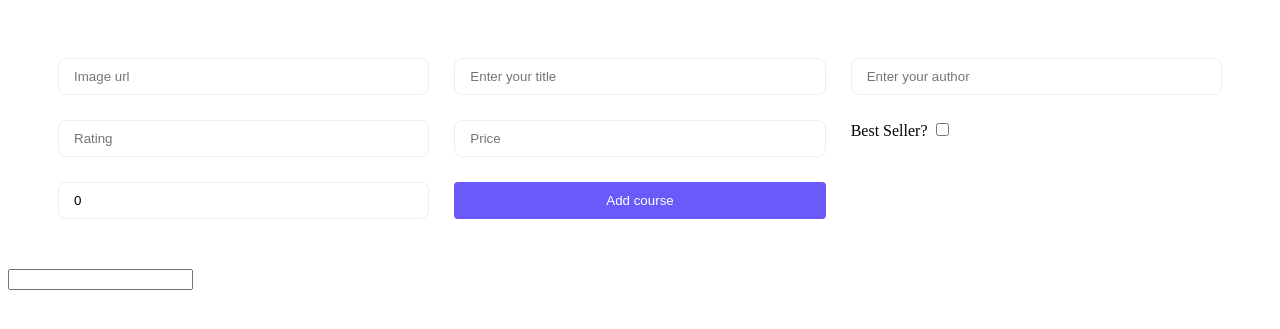
Repository: thuan711/All-about-JS
Page: api/api.html
These files come from the project's save history. The page is drawn as it stood at one moment and after the next save; the edit follows.
The browser window is 1280 px wide. The pictures show the whole page.
The page's requests for data from a server got no answer.

Above is the page before, as saved 2023-01-23 09:54:33.

### api/api.html
<!DOCTYPE html>
<html lang="en">
<head>
    <meta charset="UTF-8">
    <meta http-equiv="X-UA-Compatible" content="IE=edge">
    <meta name="viewport" content="width=device-width, initial-scale=1.0">
    <title>Document</title>
    <!-- <style>
        .joke {
            display: flex;
            flex-direction: column;
            justify-content: center;
            align-items: center;
            padding: 100px 50px;
            border-radius: 8px;
            border: 1px solid #eee;
          }
          .joke-heading {
            font-size: 30px;
            font-weight: 500;
            line-height: 1.5;
            margin-bottom: 30px;
            text-align: center;
          }
          .joke-button {
            border: 0;
            outline: none;
            display: block;
            cursor: pointer;
            padding: 0 30px;
            border-radius: 8px;
            color: white;
            background-color: #20e3b2;
            position: relative;
            height: 55px;
            width: 100%;
            max-width: 200px;
          }
          .loader {
            width: 20px;
            height: 20px;
            border: 3px solid white;
            border-left: 3px solid transparent;
            border-radius: 50%;
            position: absolute;
            top: 50%;
            left: 50%;
            transform: translate(-50%, -50%);
            animation: spin 1s infinite linear forwards;
            display: none;
          }
          @keyframes spin {
            to {
              transform: translate(-50%, -50%) rotate(360deg);
            }
          }
          .joke.is-loading .joke-button {
            opacity: 0.5;
            pointer-events: none;
          }
          .joke.is-loading .joke-button .loader {
            display: block;
          }
          .joke.is-loading .joke-button span {
            display: none;
          }
    </style> -->
    <style>
        .images {
            padding: 50px;
            display: grid;
            grid-template-columns: repeat(4, 1fr);
            grid-gap: 25px;
          }
          .image-item {
            height: 220px;
            padding: 10px;
            border-radius: 10px;
            background-color: white;
            border: 1px solid #eee;
          }
          .image-item img {
            width: 100%;
            height: 100%;
            object-fit: cover;
          }
          .load-more {
            display: block;
            width: max-content;
            padding: 15px 30px;
            border-radius: 4px;
            color: white;
            background-color: #6a5af9;
            border: 0;
            margin: 25px auto;
          }
          .image-loader {
            position: fixed;
            top: 50%;
            left: 50%;
            transform: translate(-50%, -50%);
            animation: spin 1s infinite linear forwards;
            width: 50px;
            height: 50px;
            border: 5px solid #6a5af9;
            border-right: 5px solid transparent;
            border-radius: 50%;
          }
          @keyframes spin {
            to {
              transform: translate(-50%, -50%) rotate(360deg);
            }
          }
          /*json placeholder*/
          .form-post {
            display: grid;
            grid-template-columns: 1fr 1fr 1fr;
            gap: 25px;
            padding: 50px;
          }
          .form-post input {
            padding: 10px 15px;
            border: 1px solid #eee;
            border-radius: 8px;
          }
          .form-post button {
            background-color: #6a5af9;
            color: white;
            border: 0;
            outline: none;
            padding: 10px 15px;
            border-radius: 4px;
          }
          .course-list {
            display: grid;
            grid-template-columns: repeat(4, 1fr);
            grid-gap: 25px;
            padding: 25px;
          }
          .course-image {
            height: 300px;
            position: relative;
          }
          .course-remove {
            display: inline-block;
            padding: 10px;
            cursor: pointer;
            background-color: #ff6651;
            color: white;
            border: none;
            outline: none;
            position: absolute;
            right: 10px;
            top: 10px;
          }
          .course-remove i {
            pointer-events: none;
          }
          .course-image img {
            border-radius: 8px;
            width: 100%;
            height: 100%;
            object-fit: cover;
          }
          .course-title {
            margin-top: 10px;
            margin-bottom: 10px;
            line-height: 1.25;
            font-weight: 500;
          }
          .course-author {
            font-size: 13px;
            color: #999;
            font-weight: 300;
            margin-bottom: 15px;
          }
          .course-best-seller {
            display: inline-block;
            padding: 10px 15px;
            color: #ff6651;
            background-color: #ff655113;
          }
          .course-meta {
            display: flex;
            align-items: center;
            margin-bottom: 15px;
            gap: 0 10px;
          }
          .course-enroll {
            font-size: 13px;
            color: #999;
            font-weight: 300;
          }
    </style>

</head>
<body>
    <!-- <div class="joke">
        <h1 class="joke-heading"></h1>
        <button class="joke-button">
            <div class="loader"></div>
            <span>Get random joke</span>
          </button>

    </div> -->
    <!-- <div class="username"></div> -->

    <!-- <div class="images">
        <div class="image-loader"></div>
        <img src="https://source.unsplash.com/random" alt="">
    </div>
    <button class="load-more">Load more</button> -->
    <!-- <form class="form-post">
        <input type="text" name="title" placeholder="Enter your title">
        <input type="text" name="author" placeholder="Enter your author"/>
        <button type="submit">Add post</button>
    </form>
    <script src="./placeholder.js"></script> -->
    <!-- <form class="form-post">
        <input type="text" name="image" placeholder="Image URL">
        <input type="text" name="title" placeholder="Enter your title">
        <input type="text" name="author" placeholder="Enter your author">
        <input type="number" name="rating" placeholder="Rating" min="1" max="5">
        <input type="number" name="price" placeholder="Price">
        <label for="best-seller">Best Seller?</label>
        <input type="checkbox" name="bestSeller">
        <input type="number" name="buyAmount" placeholder="Buy Amount">
        <button type="submit">Add post</button>
    </form>
    <div class="course-list">

    </div> -->
    <form class="form-post" >
        <input type="text" name="image" placeholder="Image url" required />
        <input type="text" name="title" placeholder="Enter your title" required />
        <input
          type="text"
          name="author"
          placeholder="Enter your author"
          required
        />
        <input
          type="text"
          name="rating"
          placeholder="Rating"
          min="1"
          max="5"
          required
        />
        <input type="text" name="price" placeholder="Price" min="1" required />
        <div>
          <label for="best-seller">Best Seller?</label>
          <input type="checkbox" name="bestSeller" id="best-seller" />
        </div>
        <input type="text" name="buyAmount" placeholder="Buy amount" value="0" />
        <button type="submit" class="form-submit">Add course</button>
      </form>
      <input type="text" class="filter" name="filter" />
      <div class="course-list">
        <!-- <div class="course-item">
          <div class="course-image">
            <img src="https://source.unsplash.com/random" alt="" />
          </div>
          <div class="course-content">
            <h3 class="course-title">
              Lorem ipsum dolor sit amet consectetur adipisicing elit.
            </h3>
            <div class="course-author">Evondev</div>
            <div class="course-meta">
              <div class="course-rating">5</div>
              <div class="course-enroll">1000</div>
            </div>
            <div class="course-best-seller">Best seller</div>
          </div>
        </div>
        <div class="course-item">
          <div class="course-image">
            <img src="https://source.unsplash.com/random" alt="" />
          </div>
          <div class="course-content">
            <h3 class="course-title">
              Lorem ipsum dolor sit amet consectetur adipisicing elit.
            </h3>
            <div class="course-author">Evondev</div>
            <div class="course-meta">
              <div class="course-rating">5</div>
              <div class="course-enroll">1000</div>
            </div>
            <div class="course-best-seller">Best seller</div>
          </div>
        </div>
        <div class="course-item">
          <div class="course-image">
            <img src="https://source.unsplash.com/random" alt="" />
          </div>
          <div class="course-content">
            <h3 class="course-title">
              Lorem ipsum dolor sit amet consectetur adipisicing elit.
            </h3>
            <div class="course-author">Evondev</div>
            <div class="course-meta">
              <div class="course-rating">5</div>
              <div class="course-enroll">1000</div>
            </div>
            <div class="course-best-seller">Best seller</div>
          </div>
        </div>
        <div class="course-item">
          <div class="course-image">
            <img src="https://source.unsplash.com/random" alt="" />
          </div>
          <div class="course-content">
            <h3 class="course-title">
              Lorem ipsum dolor sit amet consectetur adipisicing elit.
            </h3>
            <div class="course-author">Evondev</div>
            <div class="course-meta">
              <div class="course-rating">5</div>
              <div class="course-enroll">1000</div>
            </div>
            <div class="course-best-seller">Best seller</div>
          </div>
        </div> -->
      </div>
    <script src="./placeholder.js"></script>
</body>
</html>

### api/placeholder.js
// // async function addPost(title, author){
// //     const response = await fetch('http://localhost:3000/posts', {
// //     method: "POST",
// //     body: JSON.stringify({

// //         title,
// //         author,

// //     }),
// //     headers: {
// //         'Content-type': 'application/json; charset=UTF-8',
// //     },
// //     })
// //     .then((response) => response.json())
// //     .then((json) => console.log(json));
// //     console.log(response);
// //     return response;
// // }
// // const formPost = document.querySelector(".form-post");
// // formPost.addEventListener("submit", function(e){
// //     e.preventDefault();
// //     const title = this.elements["title"].value;
// //     const author = this.elements["author"].value;
// //     addPost(title, author);
// // })
// // const course = {
// //     image: "",
// //     title: "",
// //     author: "",
// //     rating: "",
// //     price: "",
// //     bestSeller: "",
// //     buyAmount: "",
// // }
// const endPoint = "http://localhost:3000/posts";
// const courseList = document.querySelector(".course-list");
// const formSubmit = document.querySelector(".form-submit");
// const filterInput = document.querySelector(".filter");
// async function addNewCourse({
//     image,
//     title,
//     author,
//     rating,
//     price,
//     bestSeller,
//     buyAmount,
// }) {
//     await fetch(endPoint, {
//         method: "POST",
//         body: JSON.stringify({
//             image,
//             title,
//             author,
//             rating,
//             price,
//             bestSeller,
//             buyAmount,
//         }),
//         headers: {
//             'Content-type': 'application/json; charset=UTF-8',
//         },
//     })
// }
// function renderItem(item) {
//     const template = `<div class="course-item">
//     <div class="course-image">
//       <img src="${item.image}" alt="" />
//       <button class="course-edit" data-id="${
//         item.id
//       }"><i class="fa fa-pencil" style="pointer-events: none;"></i></button>
//       <button class="course-remove" data-id="${
//         item.id
//       }"><i class="fa fa-times"></i></button>
//     </div>
//     <div class="course-content">
//       <h3 class="course-title">
//         ${item.title}
//       </h3>
//       <div class="course-author">${item.author}</div>
//       <div class="course-meta">
//         <div class="course-rating">${item.rating}</div>
//         <div class="course-enroll">${item.buyAmount}</div>
//       </div>
//       ${
//         item.bestSeller ? '<div class="course-best-seller">Best seller</div>' : ""
//       }
//     </div>`;
//     courseList.insertAdjacentHTML("beforeend", template);
// }

// async function getCourses(){
//     const response = await fetch(endPoint);
//     const data = await response.json();
//     if(data.length>0 && Array.isArray(data)){
//         data.forEach((item) =>  renderItem(item));

//     }
// }
// const formPost = document.querySelector(".form-post");
// formPost.addEventListener("submit",async function(e){
//     e.preventDefault();
//     const course = {
//         title: this.elements["title"].value,
//         author: this.elements["author"].value,
//         rating: this.elements["rating"].value,
//         price: this.elements["price"].value,
//         bestSeller: this.elements["bestSeller"].checked,
//         image: this.elements["image"].value,
//         buyAmount: this.elements["buyAmount"].value,
//     }
//     await addNewCourse(course);
//     this.reset;
// });

// const {image, title, author, rating...addPost.} = course;
const endpoint = "http://localhost:3456/courses";
const courseList = document.querySelector(".course-list");
const formPost = document.querySelector(".form-post");
const formSubmit = document.querySelector(".form-submit");
const filterInput = document.querySelector(".filter");
let updateId = null;
// git clone
function debounceFn(func, wait, immediate) {
  let timeout;
  return function () {
    let context = this,
      args = arguments;
    let later = function () {
      timeout = null;
      if (!immediate) func.apply(context, args);
    };
    let callNow = immediate && !timeout;
    clearTimeout(timeout);
    timeout = setTimeout(later, wait);
    if (callNow) func.apply(context, args);
  };
}

filterInput.addEventListener(
  "keydown",
  debounceFn(function (e) {
    let path = endpoint;
    if (e.target.value !== "") {
      path = `${endpoint}?title_like=${e.target.value}`;
    }
    getCourses(path);
  }, 500)
);

async function addNewCourse({
  image,
  title,
  author,
  rating,
  price,
  bestSeller,
  buyAmount,
}) {
  await fetch(endpoint, {
    method: "POST",
    body: JSON.stringify({
      image,
      title,
      author,
      rating,
      price,
      bestSeller,
      buyAmount,
    }),
    headers: {
      "Content-type": "application/json; charset=UTF-8",
    },
  });
}
async function updateCourse({
  id,
  image,
  title,
  author,
  rating,
  price,
  bestSeller,
  buyAmount,
}) {
  await fetch(`${endpoint}/${id}`, {
    method: "PUT",
    body: JSON.stringify({
      image,
      title,
      author,
      rating,
      price,
      bestSeller,
      buyAmount,
    }),
    headers: {
      "Content-type": "application/json; charset=UTF-8",
    },
  });
}

async function deleteCourse(id) {
  await fetch(`${endpoint}/${id}`, {
    method: "DELETE",
  });
}
async function getSingleCourse(id) {
  const response = await fetch(`${endpoint}/${id}`);
  const data = await response.json();
  return data;
}

function renderItem(item) {
  const template = `<div class="course-item">
  <div class="course-image">
    <img src="${item.image}" alt="" />
    <button class="course-edit" data-id="${
      item.id
    }"><i class="fa fa-pencil" style="pointer-events: none;"></i></button>
    <button class="course-remove" data-id="${
      item.id
    }"><i class="fa fa-times"></i></button>
  </div>
  <div class="course-content">
    <h3 class="course-title">
      ${item.title}
    </h3>
    <div class="course-author">${item.author}</div>
    <div class="course-meta">
      <div class="course-rating">${item.rating}</div>
      <div class="course-enroll">${item.buyAmount}</div>
    </div>
    ${
      item.bestSeller ? '<div class="course-best-seller">Best seller</div>' : ""
    }
  </div>`;
  courseList.insertAdjacentHTML("beforeend", template);
}

async function getCourses(link = endpoint) {
  const response = await fetch(link);
  const data = await response.json();
  courseList.innerHTML = "";
  if (data.length > 0 && Array.isArray(data)) {
    data.forEach((item) => renderItem(item));
  }
}

formPost.addEventListener("submit", async function (e) {
  e.preventDefault();
  const course = {
    title: this.elements["title"].value,
    author: this.elements["author"].value,
    rating: +this.elements["rating"].value,
    price: +this.elements["price"].value,
    image: this.elements["image"].value,
    bestSeller: this.elements["bestSeller"].checked,
    buyAmount: +this.elements["buyAmount"].value,
  };
  console.log(updateId);
  updateId
    ? await updateCourse({ id: updateId, ...course })
    : await addNewCourse(course);
  this.reset();
  await getCourses();
  updateId = null;
  formSubmit.textContent = "Add course";
});

courseList.addEventListener("click", async function (e) {
  if (e.target.matches(".course-remove")) {
    const id = +e.target.dataset.id;
    await deleteCourse(id);
    await getCourses();
  } else if (e.target.matches(".course-edit")) {
    const id = +e.target.dataset.id;
    const data = await getSingleCourse(id);
    formPost.elements["image"].value = data.image;
    formPost.elements["title"].value = data.title;
    formPost.elements["author"].value = data.author;
    formPost.elements["rating"].value = data.rating;
    formPost.elements["price"].value = data.price;
    formPost.elements["bestSeller"].checked = data.bestSeller;
    formPost.elements["buyAmount"].value = data.buyAmount;
    formSubmit.textContent = "Update course";
    updateId = id;
  }
});

getCourses();
// json-server --watch db.json
/**
 * Course
 * image
 * title
 * author
 * rating
 * price
 * bestSeller
 * buyAmount
 */

After the next save:
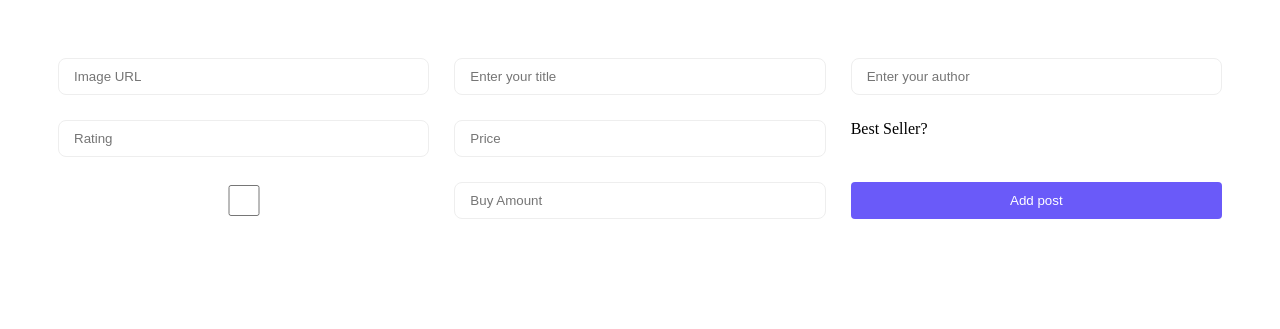
Console error: TypeError: Cannot read properties of null (reading 'addEventListener')
Saved 2 min 30 s later.
--- a/api/api.html
+++ b/api/api.html
@@ -216,7 +216,7 @@
         <button type="submit">Add post</button>
     </form>
     <script src="./placeholder.js"></script> -->
-    <!-- <form class="form-post">
+    <form class="form-post">
         <input type="text" name="image" placeholder="Image URL">
         <input type="text" name="title" placeholder="Enter your title">
         <input type="text" name="author" placeholder="Enter your author">
@@ -229,99 +229,7 @@
     </form>
     <div class="course-list">
 
-    </div> -->
-    <form class="form-post" >
-        <input type="text" name="image" placeholder="Image url" required />
-        <input type="text" name="title" placeholder="Enter your title" required />
-        <input
-          type="text"
-          name="author"
-          placeholder="Enter your author"
-          required
-        />
-        <input
-          type="text"
-          name="rating"
-          placeholder="Rating"
-          min="1"
-          max="5"
-          required
-        />
-        <input type="text" name="price" placeholder="Price" min="1" required />
-        <div>
-          <label for="best-seller">Best Seller?</label>
-          <input type="checkbox" name="bestSeller" id="best-seller" />
-        </div>
-        <input type="text" name="buyAmount" placeholder="Buy amount" value="0" />
-        <button type="submit" class="form-submit">Add course</button>
-      </form>
-      <input type="text" class="filter" name="filter" />
-      <div class="course-list">
-        <!-- <div class="course-item">
-          <div class="course-image">
-            <img src="https://source.unsplash.com/random" alt="" />
-          </div>
-          <div class="course-content">
-            <h3 class="course-title">
-              Lorem ipsum dolor sit amet consectetur adipisicing elit.
-            </h3>
-            <div class="course-author">Evondev</div>
-            <div class="course-meta">
-              <div class="course-rating">5</div>
-              <div class="course-enroll">1000</div>
-            </div>
-            <div class="course-best-seller">Best seller</div>
-          </div>
-        </div>
-        <div class="course-item">
-          <div class="course-image">
-            <img src="https://source.unsplash.com/random" alt="" />
-          </div>
-          <div class="course-content">
-            <h3 class="course-title">
-              Lorem ipsum dolor sit amet consectetur adipisicing elit.
-            </h3>
-            <div class="course-author">Evondev</div>
-            <div class="course-meta">
-              <div class="course-rating">5</div>
-              <div class="course-enroll">1000</div>
-            </div>
-            <div class="course-best-seller">Best seller</div>
-          </div>
-        </div>
-        <div class="course-item">
-          <div class="course-image">
-            <img src="https://source.unsplash.com/random" alt="" />
-          </div>
-          <div class="course-content">
-            <h3 class="course-title">
-              Lorem ipsum dolor sit amet consectetur adipisicing elit.
-            </h3>
-            <div class="course-author">Evondev</div>
-            <div class="course-meta">
-              <div class="course-rating">5</div>
-              <div class="course-enroll">1000</div>
-            </div>
-            <div class="course-best-seller">Best seller</div>
-          </div>
-        </div>
-        <div class="course-item">
-          <div class="course-image">
-            <img src="https://source.unsplash.com/random" alt="" />
-          </div>
-          <div class="course-content">
-            <h3 class="course-title">
-              Lorem ipsum dolor sit amet consectetur adipisicing elit.
-            </h3>
-            <div class="course-author">Evondev</div>
-            <div class="course-meta">
-              <div class="course-rating">5</div>
-              <div class="course-enroll">1000</div>
-            </div>
-            <div class="course-best-seller">Best seller</div>
-          </div>
-        </div> -->
-      </div>
+    </div>
     <script src="./placeholder.js"></script>
 </body>
 </html>
